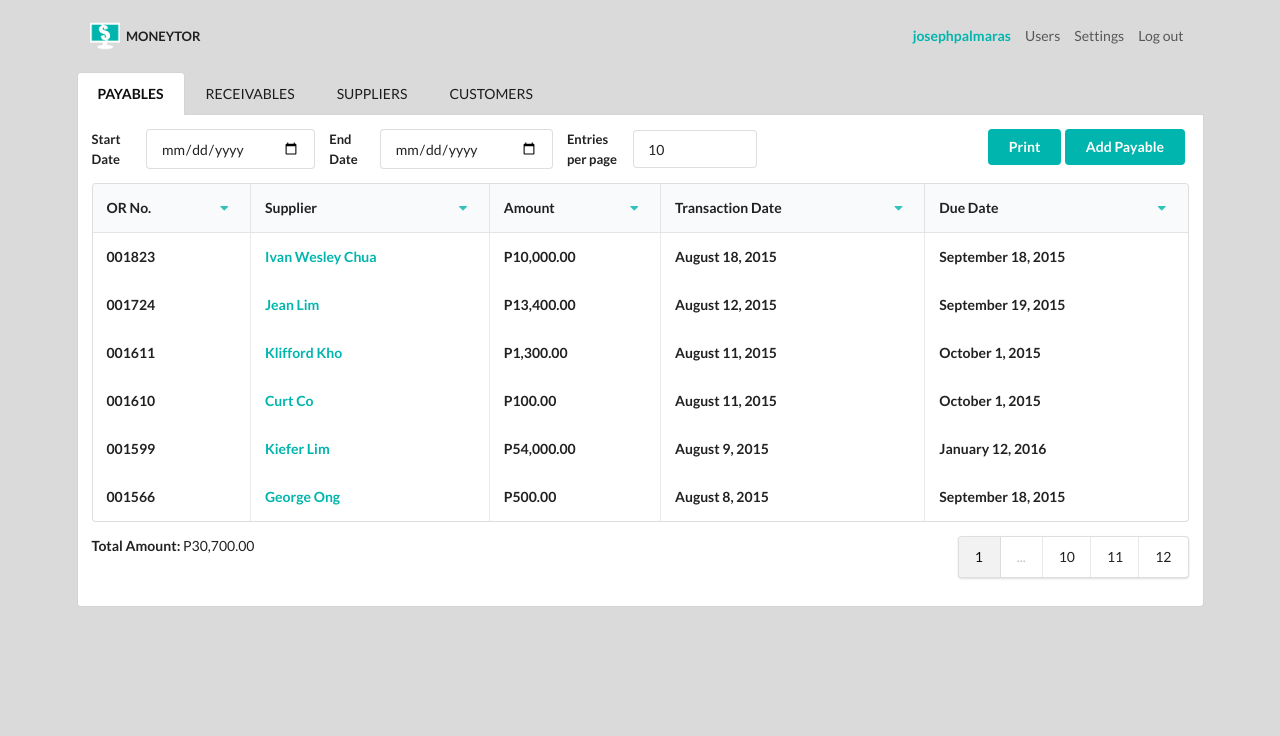
Repository: TV5/MoneyTor
Page: Workspace/MoneyTor/war/main.html
An editor plug-in stored every save of this project. The page is shown before and after the next save, followed by the edit.
The browser window is 1280 px wide. The pictures show the whole page.

Above is the page before, as saved 2015-08-19 14:54:03.

After the next save:
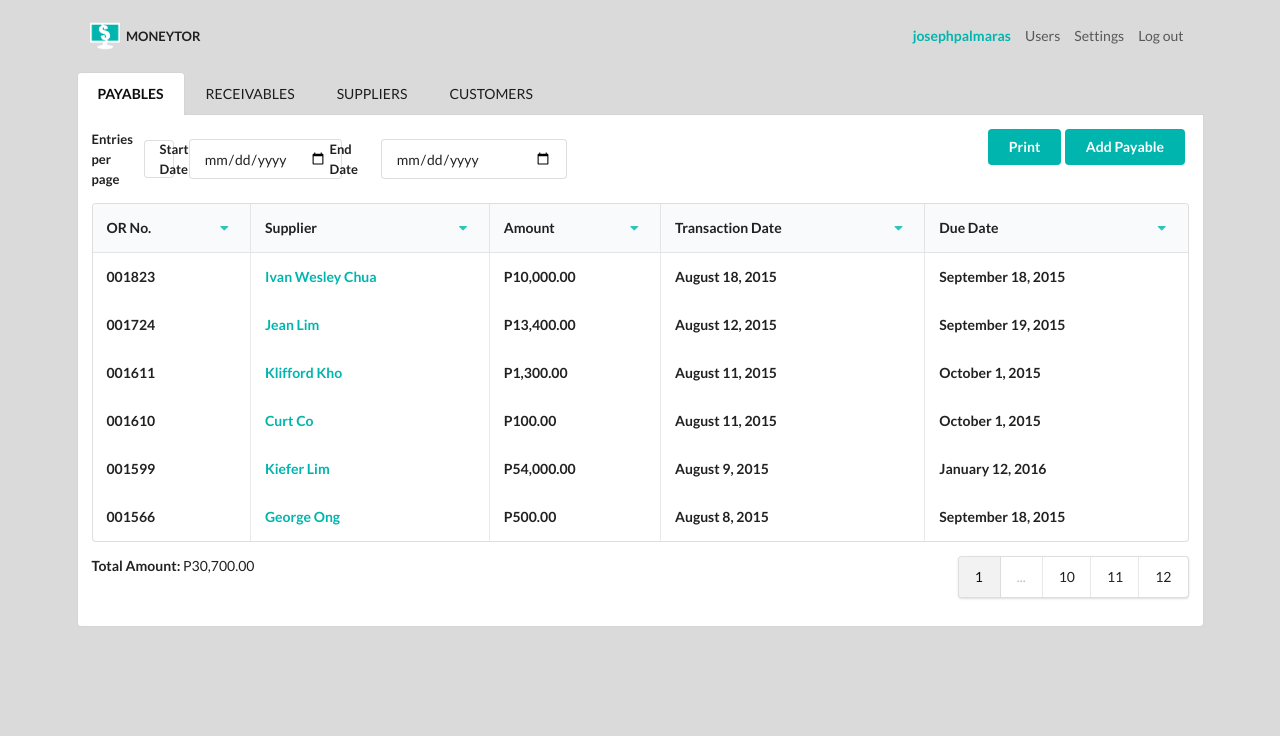
Saved 53 s later.
--- a/Workspace/MoneyTor/war/main.html
+++ b/Workspace/MoneyTor/war/main.html
@@ -108,16 +108,16 @@
 	  <div class="ui form ">
 	  	<div class="inline fields" style="float:left">
 	  	<div class="five wide field">
+	    <div class="four wide field">
+	      <label>Entries per page</label>
+	      <input type="number" value="10">
+	    </div>
 	      <label>Start Date</label>
 	      <input type="date">
 	    </div>
 	    <div class="five wide field">
 	      <label>End Date</label>
 	      <input type="date">
-	    </div>
-	    <div class="four wide field">
-	      <label>Entries per page</label>
-	      <input type="number" value="10">
 	    </div>
 	    </div>
 	    <div class="three wide feild" style="float:right">
@@ -206,6 +206,10 @@
 		<div class="ui form ">
 		  	<div class="inline fields" style="float:left">
 		  	<div class="five wide field">
+		    <div class="four wide field">
+		      <label>Entries per page</label>
+		      <input type="number" value="10">
+		    </div>
 		      <label>Start Date</label>
 		      <input type="date">
 		    </div>
@@ -213,10 +217,6 @@
 		      <label>End Date</label>
 		      <input type="date">
 		    </div>
-	    <div class="four wide field">
-	      <label>Entries per page</label>
-	      <input type="number" value="10">
-	    </div>
 		    </div>
 		    <div class="three wide feild" style="float:right">
 		      <button id="addPayableBtn" class="ui button teal">Add Receivable</button>
